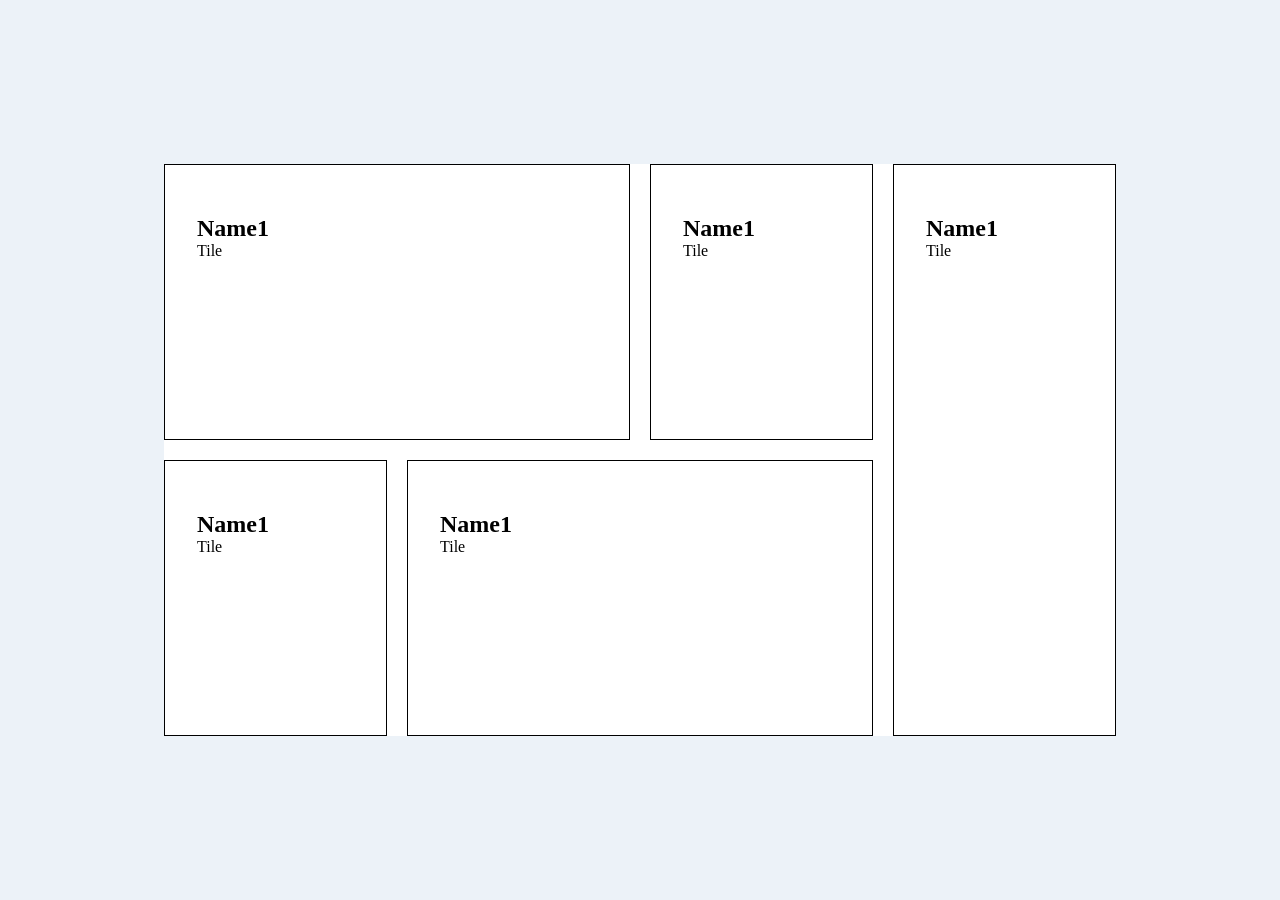
Repository: brandontaylor1/testimonial-card
Page: index.html
The author's editor kept a copy of each file at every save. The page is drawn from the files as they stood at one save, then again after the next save.
The browser window is 1280 px wide. The pictures show the whole page.

Above is the page before, as saved 2025-01-10 23:22:13.

### index.html
<!DOCTYPE html>
<html lang="en">
<head>
    <meta charset="UTF-8">
    <meta name="viewport" content="width=device-width, initial-scale=1.0">
    <link rel="preconnect" href="https://fonts.googleapis.com">
    <link rel="preconnect" href="https://fonts.gstatic.com" crossorigin>
    <link href="https://fonts.googleapis.com/css2?family=Barlow+Semi+Condensed:ital,wght@0,100;0,200;0,300;0,400;0,500;0,600;0,700;0,800;0,900;1,100;1,200;1,300;1,400;1,500;1,600;1,700;1,800;1,900&display=swap" rel="stylesheet">
    <link rel="stylesheet" href="styles.css">
    <title>Testimonial Grid </title>
</head>
<body>
    <section class="container">
        <main class="testimonial-grid">
            <div class="card" id="card-1">
                <div class="profile-content">
                    <img src="" alt="" class="profile-img">
                    <div class="profile-text">
                        <h2>Name1</h2>
                        <p>Tile</p>
                    </div>
                </div>
                <h1 class="card-heading"></h1>
                <h2 class="card-subheading"></h2>
            </div>
            <div class="card" id="card-2">
                <div class="profile-content">
                    <img src="" alt="" class="profile-img">
                    <div class="profile-text">
                        <h2>Name1</h2>
                        <p>Tile</p>
                    </div>
                </div>
                <h1 class="card-heading"></h1>
                <h2 class="card-subheading"></h2>
            </div>
            <div class="card" id="card-3">
                <div class="profile-content">
                    <img src="" alt="" class="profile-img">
                    <div class="profile-text">
                        <h2>Name1</h2>
                        <p>Tile</p>
                    </div>
                </div>
                <h1 class="card-heading"></h1>
                <h2 class="card-subheading"></h2>
            </div>
            <div class="card" id="card-4">
                <div class="profile-content">
                    <img src="" alt="" class="profile-img">
                    <div class="profile-text">
                        <h2>Name1</h2>
                        <p>Tile</p>
                    </div>
                </div>
                <h1 class="card-heading"></h1>
                <h2 class="card-subheading"></h2>
            </div>
            <div class="card" id="card-5">
                <div class="profile-content">
                    <img src="" alt="" class="profile-img">
                    <div class="profile-text">
                        <h2>Name1</h2>
                        <p>Tile</p>
                    </div>
                </div>
                <h1 class="card-heading"></h1>
                <h2 class="card-subheading"></h2>
            </div>



        </main>
    </section>
</body>
</html>

### styles.css
* {
    margin: 0;
    padding: 0;
    box-sizing: border-box;
}

:root {

    --primary-moderate-violet: hsl(263, 55%, 52%);
    --primary-very-dark-grayish-blue: hsl(217, 19%, 35%);
    --primary-very-dark-blackish-blue: hsl(219, 29%, 14%);
    --primary-white: hsl(0, 0%, 100%);

    --secondary-neurtal-light-gray: hsl(0, 0%, 81%);
    --seconday-light-grayish-blue: hsl(210, 46%, 95%);
}

body {
    background-color: #ECF2F8;
    padding: 164px
}

.testimonial-grid {
    display: grid;
    grid-template-columns: repeat(4, 1fr);
    grid-template-rows: repeat(2, 1fr);
    gap: 20px;
    background-color: var(--primary-white);
    height: 572px;
}

.card {
    border: 1px solid black;
    height: 100%;
    padding: 2rem;
}


#card-1 {
    grid-column: 1 / span 2;
}

#card-2 {
    grid-column: 3 / span 1;
}

#card-3 {
    grid-column: 4 / span 1;
    grid-row: 1 / span 2;
}

#card-4 {
    grid-column: 1 / span 1;
    grid-row: 2 / span 1;
}

#card-5 {
    grid-column: 2 / span 2;
    grid-row: 2 / span 1;

}

After the next save:
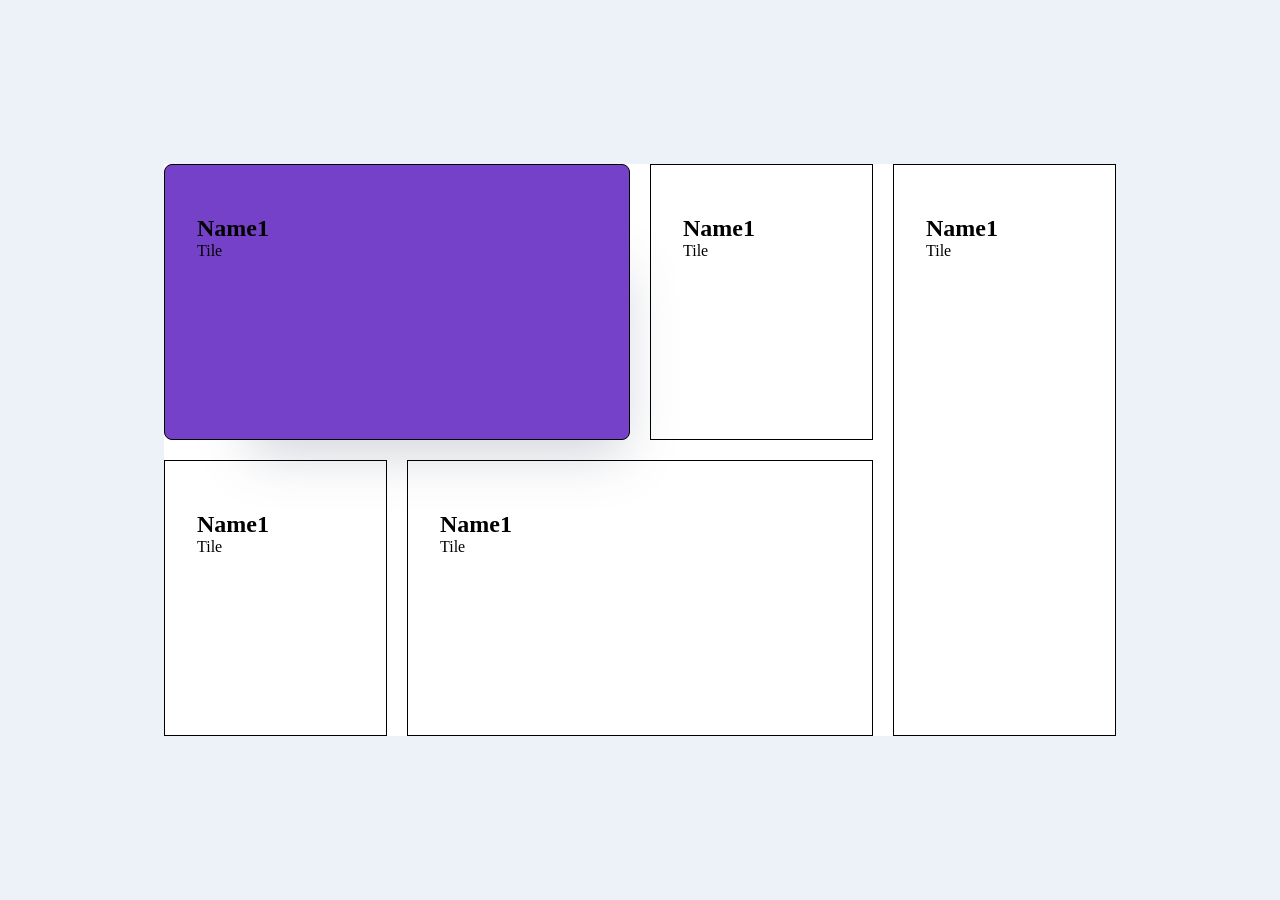
Saved 56 s later.
--- a/styles.css
+++ b/styles.css
@@ -38,6 +38,9 @@ body {
 
 #card-1 {
     grid-column: 1 / span 2;
+    border-radius: 8px;
+    background-color: var(--primary-moderate-violet);
+    box-shadow: 40px 60px 50px -47px rgba(72, 85, 106, 0.25);
 }
 
 #card-2 {
